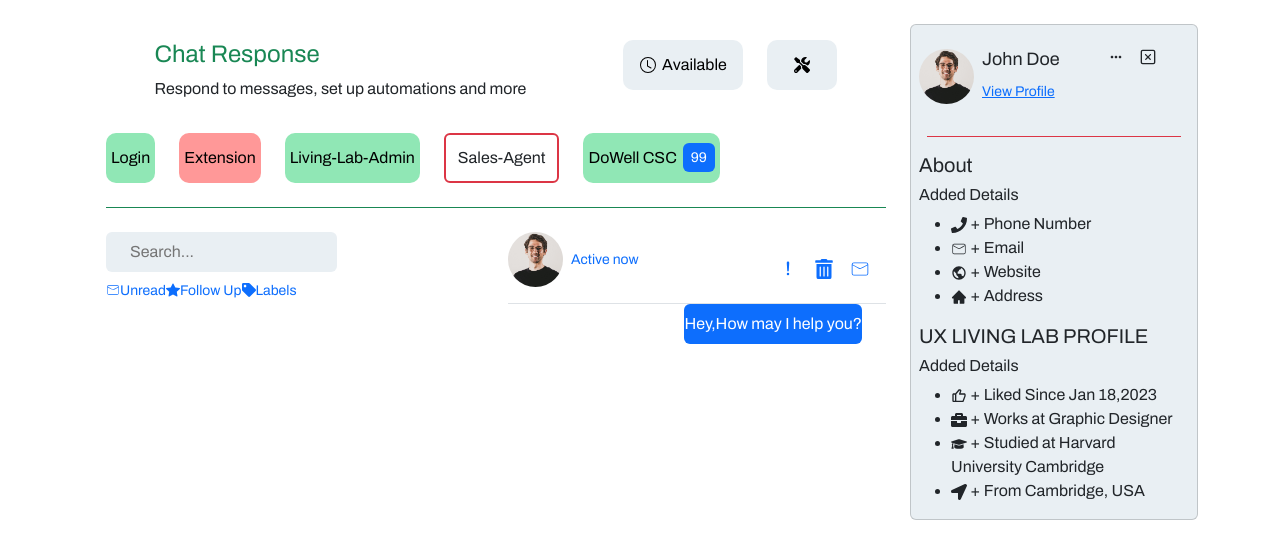
Repository: uh-sman/UX-Living-Lab-Chat
Page: /
The author's editor kept a copy of each file at every save. The page is drawn from the files as they stood at one save, then again after the next save.
The browser window is 1280 px wide. The pictures show the whole page.
The project was rebuilt for these pictures with package versions that can differ from the ones it lists, and the page was loaded fresh each time.

Above is the page before, as saved 2023-05-10 17:53:33.

After the next save:
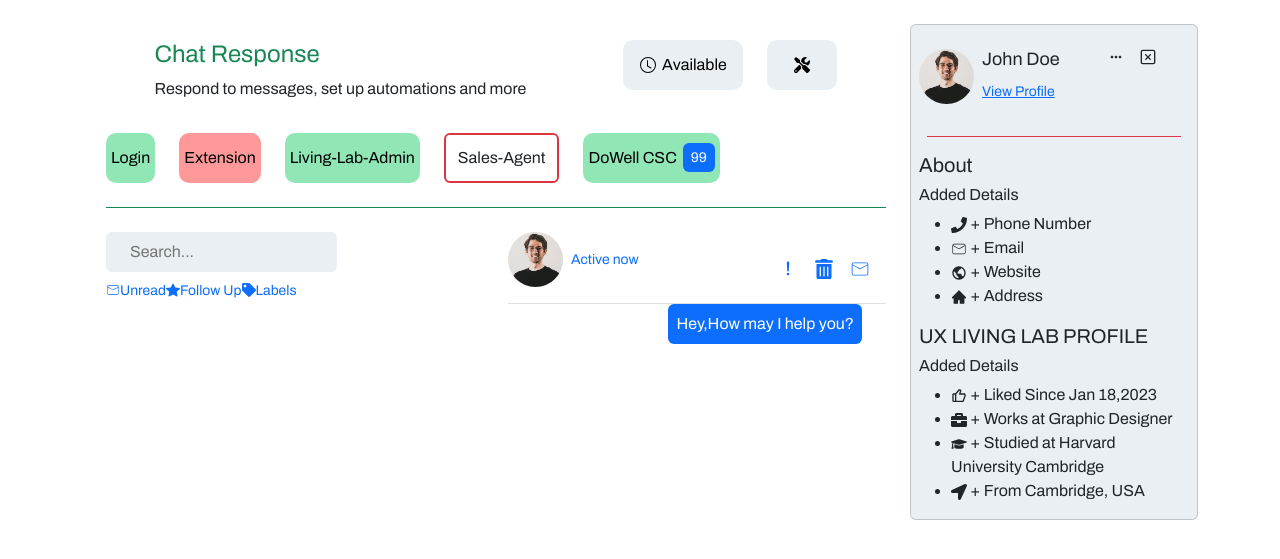
Saved 18 s later.
--- a/src/container/Chats/message/Message.jsx
+++ b/src/container/Chats/message/Message.jsx
@@ -10,7 +10,7 @@ const Message = () => {
             className="bg-primary text-white rounded d-flex align-items-center"
             style={{ width: "contain", height: "40px", listStyle: "none" }}
           >
-            <li className="list-item">Hey,How may I help you? </li>
+            <li className="mx-2">Hey,How may I help you? </li>
           </div>
         ) : null}
       </div>
